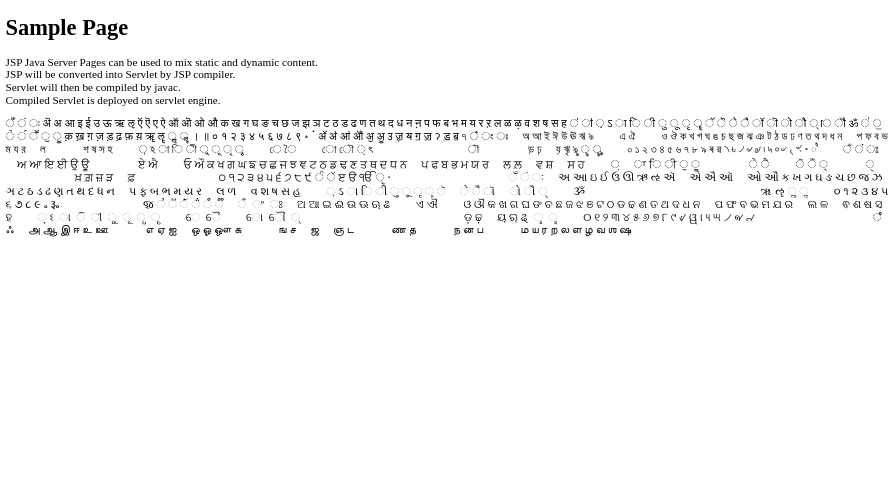
Repository: abhi608/visa_tutorial
Page: http://localhost/simpleweb/sample.jsp
These files come from the project's save history. The page is drawn as it stood at one moment and after the next save; the edit follows.
The browser window is 1280 px wide. The pictures show the part of the page from y = 0 to 1920 px (the page is 720 px tall before and 12693 px after), at 70% of full size.
The page is served by Tomcat 9. Other server files are loaded and not shown.

Above is the page before, as saved 2018-07-26 06:50:15.

### simpleweb/WebContent/sample.jsp
<%@ page language="java" contentType="text/html; charset=ISO-8859-1"
    pageEncoding="ISO-8859-1"%>
<!DOCTYPE html PUBLIC "-//W3C//DTD HTML 4.01 Transitional//EN" "http://www.w3.org/TR/html4/loose.dtd">
<html>
<head>
<meta http-equiv="Content-Type" content="text/html; charset=ISO-8859-1">
<title>Insert title here</title>
</head>
<body>
	<h1>Sample Page</h1>
	<p>
		JSP Java Server Pages can be used to mix static and dynamic content. <br />
		JSP will be converted into Servlet by JSP compiler. <br />
		Servlet will then be compiled by javac. <br />
		Compiled Servlet is deployed on servlet engine. <br />
	</p>

	<%
		for(int i=2305; i<3000; i++){
	%>
		&#<%= i %>
	<%
		}
	%>
</body>
</html>

After the next save:
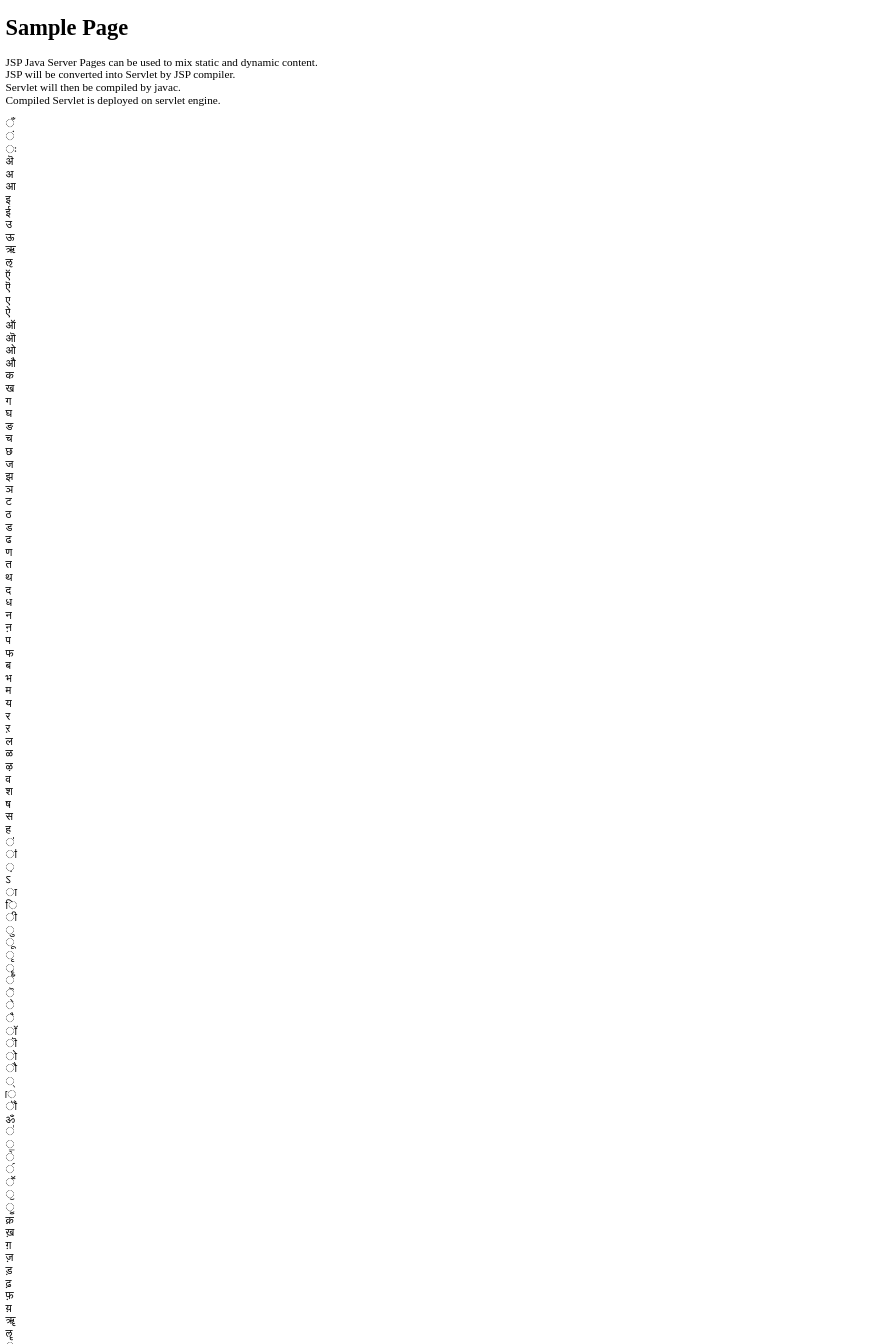
Saved 93 s later.
--- a/simpleweb/WebContent/sample.jsp
+++ b/simpleweb/WebContent/sample.jsp
@@ -18,7 +18,7 @@
 	<%
 		for(int i=2305; i<3000; i++){
 	%>
-		&#<%= i %>
+		&#<%= i %> <br />
 	<%
 		}
 	%>
